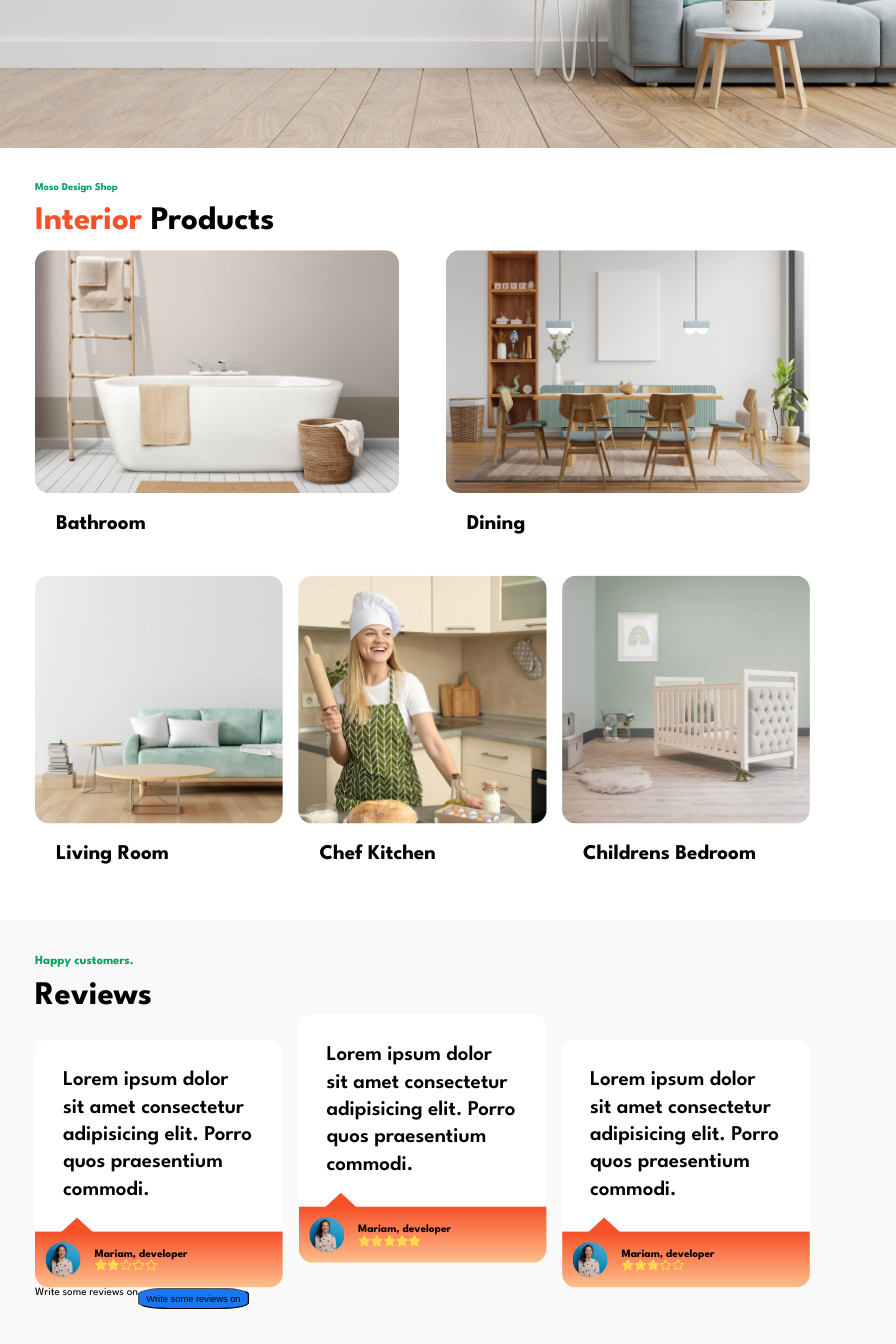
Repository: mariamnabil23/furniture
Page: index.html
The author's editor kept a copy of each file at every save. The page is drawn from the files as they stood at one save, then again after a run of saves.
The browser window is 1280 px wide. The pictures show the part of the page from y = 1809 to 3729 px (the page is 3729 px tall before and 3725 px after), at 70% of full size.
Some web fonts or font styles are not loaded; a fallback is used.

Above is the page before, as saved 2024-10-31 10:04:41.

After the next 3 saves:
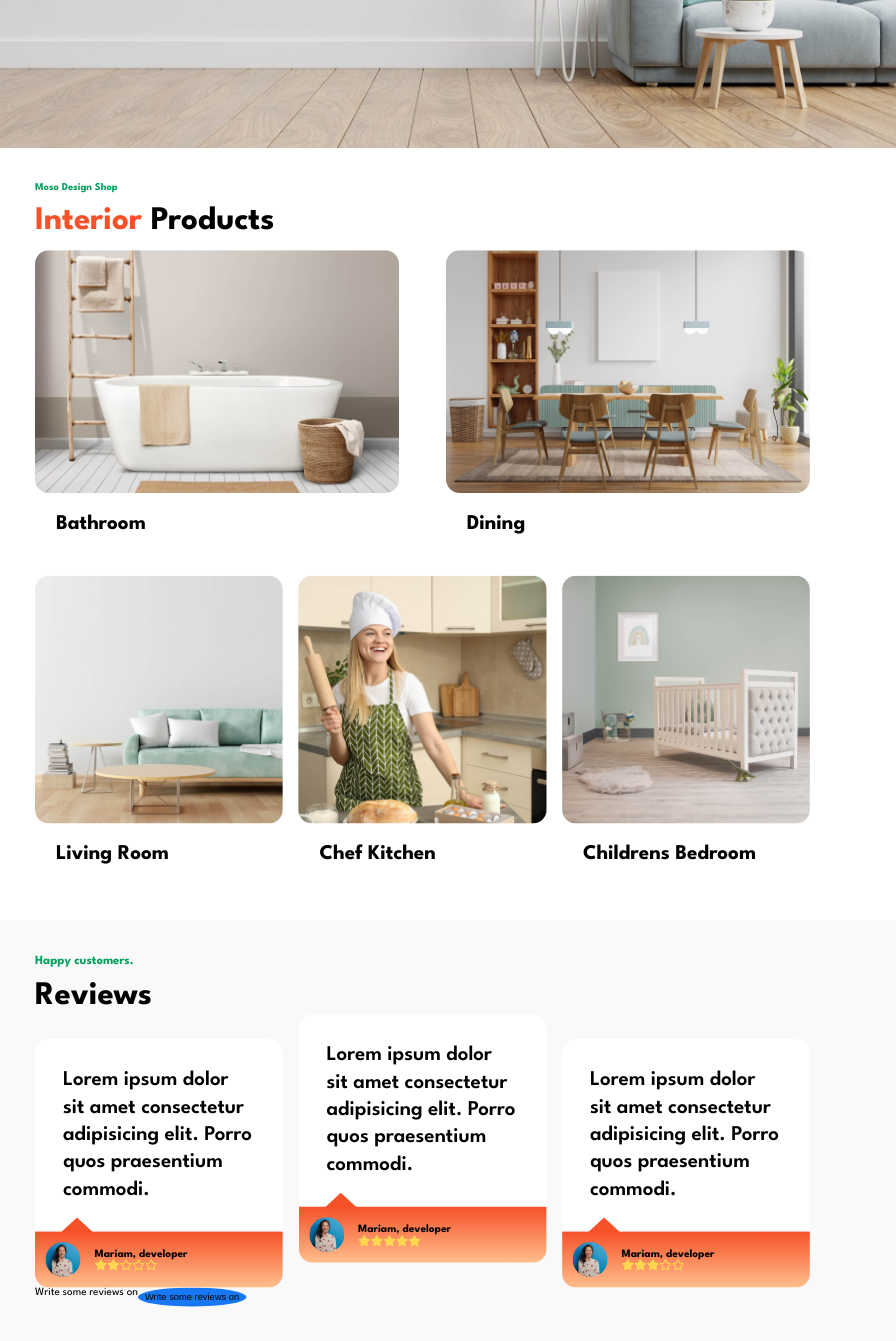
The 3 saves are shown as one change because they came seconds apart.
The last was saved 40 s later.
--- a/style.css
+++ b/style.css
@@ -444,5 +444,6 @@ h2 {
 .reviews .bottom .box-btn{
     background-color: #1877f2;
     padding: 6px 10px;
-    border-radius: 30%;
-}
+    border-radius: 50%;
+    border: none;
+}
